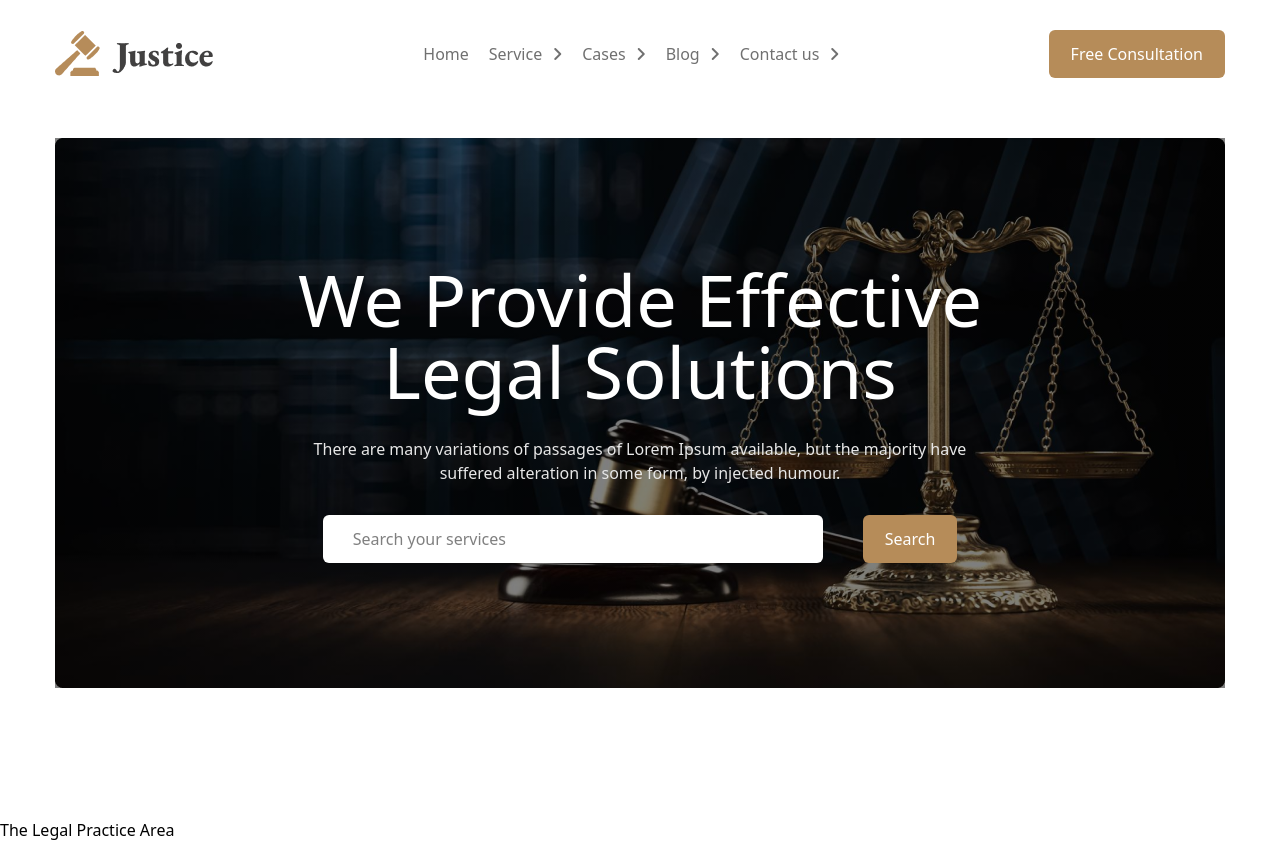
Repository: nahid-hasann/website-6
Page: index.html
These files come from the project's save history. The page is drawn as it stood at one moment and after the next save; the edit follows.
The browser window is 1280 px wide. The pictures show the whole page.

Above is the page before, as saved 2025-07-20 23:33:35.

After the next save:
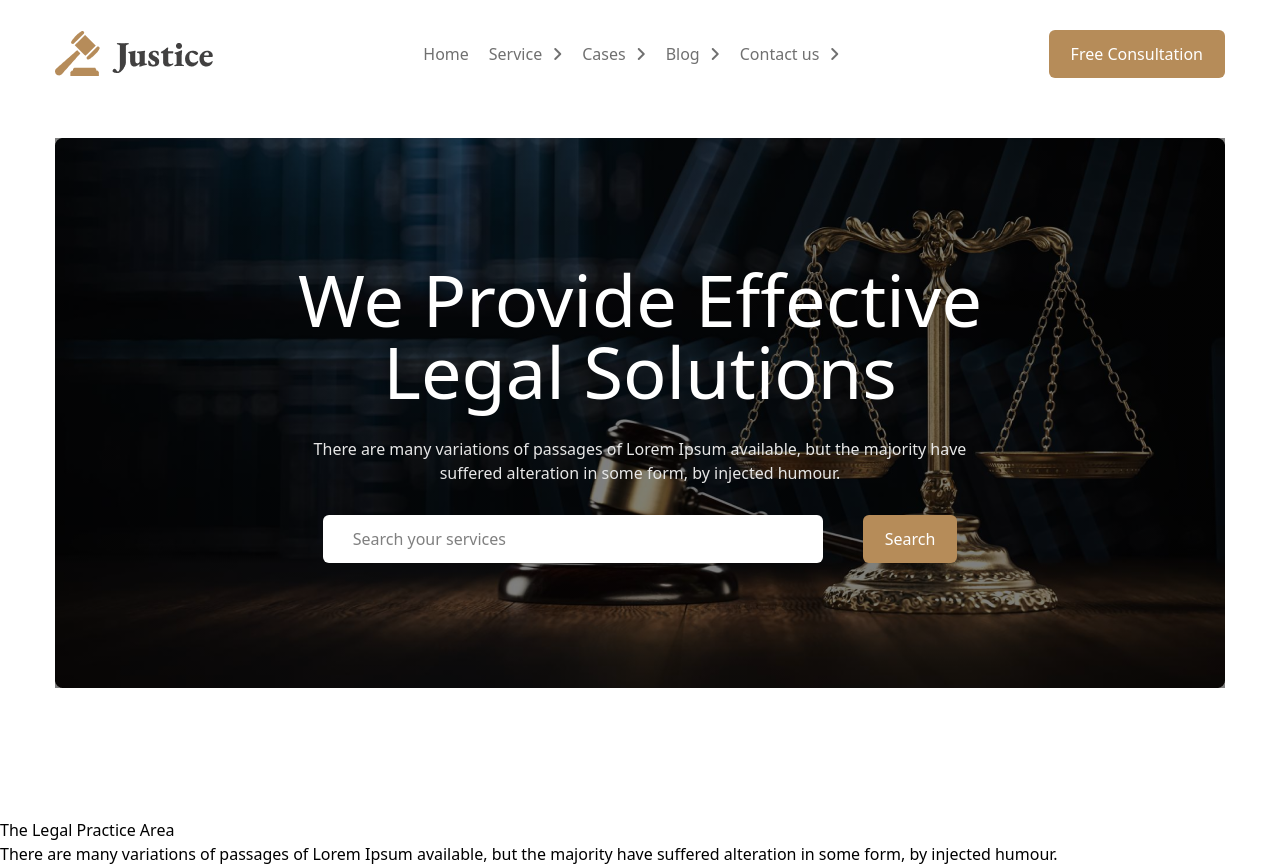
Saved 10 s later.
--- a/index.html
+++ b/index.html
@@ -50,6 +50,7 @@
     <div class="card-section">
         <div class="card-content">
             <h1>The Legal Practice Area</h1>
+            <p>There are many variations of passages of Lorem Ipsum available, but the majority have suffered alteration in some form, by injected humour.</p>
         </div>
     </div>
 </main>
